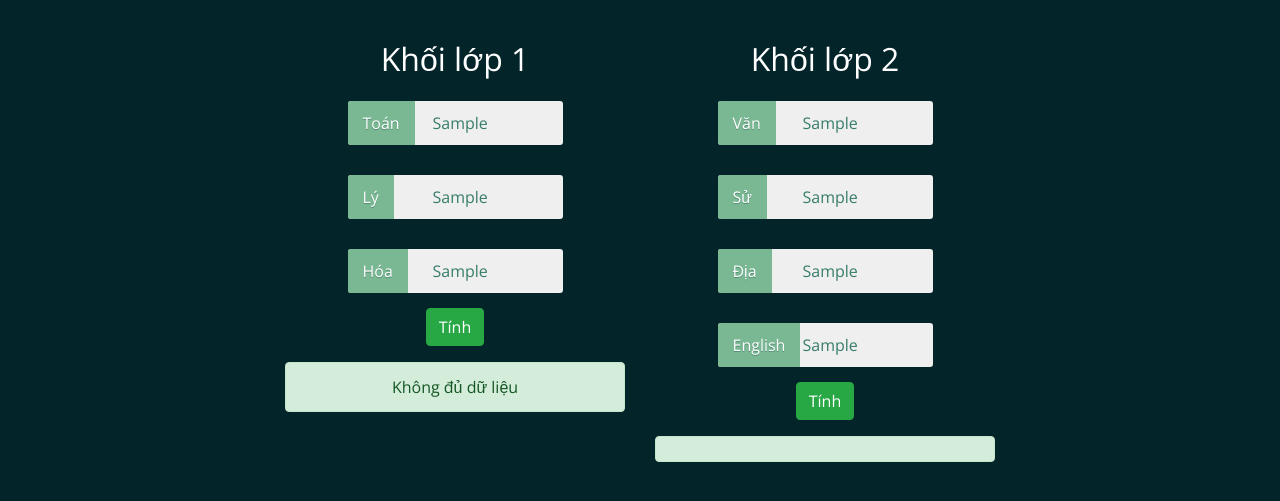
Repository: phongthanhh/ES6-Day1
Page: baitapRest/index.html
An editor plug-in stored every save of this project. The page is shown before and after a run of saves, followed by the edit.
The browser window is 1280 px wide. The pictures show the whole page.
Empty fields were first filled with sample values (such as "Sample", 5 or name@example.com).
After loading, the first visible `#btnKhoi1` was clicked once.

Above is the page before, as saved 2022-11-22 17:05:30.

### baitapRest/index.html
<!DOCTYPE html>
<html lang="en">

<head>
    <meta charset="UTF-8">
    <meta name="viewport" content="width=device-width, initial-scale=1.0">
    <title>Document</title>
    <link rel="stylesheet" href="https://cdn.jsdelivr.net/npm/bootstrap@4.5.3/dist/css/bootstrap.min.css" integrity="sha384-TX8t27EcRE3e/ihU7zmQxVncDAy5uIKz4rEkgIXeMed4M0jlfIDPvg6uqKI2xXr2" crossorigin="anonymous">
    <link rel="stylesheet" href="./css/style.css">
</head>

<body>
    <div class="row">
        <div class="col-6">
            <h2>Khối lớp 1</h2>
            <span>
                <input class="basic-slide" id="inpToan" type="text" placeholder="Nhập điểm toán" /><label
                    for="inpToan">Toán</label>
            </span>
            <br>
            <span>
                <input class="basic-slide" id="inpLy" type="text" placeholder="Nhập điểm lý" /><label
                    for="inpLy">Lý</label>
            </span>
            <br>
            <span>
                <input class="basic-slide" id="inpHoa" type="text" placeholder="Nhập điểm hóa" /><label
                    for="inpHoa">Hóa</label>
            </span>
            <br>
            <button id="btnKhoi1" class="btn btn-success">Tính</button>
            <br>
            <p id="tbKhoi1" class="alert alert-success mt-3"></p>
        </div>
        <div class="col-6">
            <h2>Khối lớp 2</h2>
            <span>
                <input class="basic-slide" id="inpVan" type="text" placeholder="Nhập điểm văn" /><label
                    for="inpVan">Văn</label>
            </span>
            <br>
            <span>
                <input class="basic-slide" id="inpSu" type="text" placeholder="Nhập điểm sử" /><label
                    for="inpSu">Sử</label>
            </span>
            <br>
            <span>
                <input class="basic-slide" id="inpDia" type="text" placeholder="Nhập điểm địa" /><label
                    for="inpDia">Địa</label>
            </span>
            <span>
                <input class="basic-slide" id="inpEnglish" type="text" placeholder="Nhập điểm English" /><label
                    for="inpEnglish">English</label>
            </span>
            <br>
            <button id="btnKhoi2" class="btn btn-success">Tính</button>

            <p id="tbKhoi2" class="alert alert-success mt-3"></p>
        </div>
    </div>

    <script src="https://code.jquery.com/jquery-3.5.1.slim.min.js" integrity="sha384-DfXdz2htPH0lsSSs5nCTpuj/zy4C+OGpamoFVy38MVBnE+IbbVYUew+OrCXaRkfj" crossorigin="anonymous"></script>
    <script src="https://cdn.jsdelivr.net/npm/bootstrap@4.5.3/dist/js/bootstrap.bundle.min.js" integrity="sha384-ho+j7jyWK8fNQe+A12Hb8AhRq26LrZ/JpcUGGOn+Y7RsweNrtN/tE3MoK7ZeZDyx" crossorigin="anonymous"></script>
    <script src="./js/main.js"></script>
</body>

</html>

### baitapRest/css/style.css
@import url(https://fonts.googleapis.com/css?family=Open+Sans:400,700,600,300,800);
* {
  box-sizing: border-box;
}

html,
body {
  overflow-x: hidden;
  font-family: "Open Sans", sans-serif;
  font-weight: 300;
  color: #fff;
  background: #032429;
}

.row {
  max-width: 800px;
  margin: 0 auto;
  padding: 60px 30px;
  position: relative;
  z-index: 1;
  text-align: center;
}

.row:before {
  position: absolute;
  content: "";
  display: block;
  top: 0;
  left: -5000px;
  height: 100%;
  width: 15000px;
  z-index: -1;
  background: inherit;
}

.row:first-child {
  padding: 40px 30px;
}

.row span {
  position: relative;
  display: inline-block;
  margin: 15px 10px;
}

.basic-slide {
  display: inline-block;
  width: 215px;
  padding: 10px 0 10px 15px;
  font-family: "Open Sans", sans;
  font-weight: 400;
  color: #377D6A;
  background: #efefef;
  border: 0;
  border-radius: 3px;
  outline: 0;
  text-indent: 70px;
  transition: all .3s ease-in-out;
}

.basic-slide::-webkit-input-placeholder {
  color: #efefef;
  text-indent: 0;
  font-weight: 300;
}

.basic-slide + label {
  display: inline-block;
  position: absolute;
  top: 0;
  left: 0;
  padding: 10px 15px;
  text-shadow: 0 1px 0 rgba(19, 74, 70, 0.4);
  background: #7AB893;
  transition: all .3s ease-in-out;
  border-top-left-radius: 3px;
  border-bottom-left-radius: 3px;
}

.basic-slide:focus,
.basic-slide:active {
  color: #377D6A;
  text-indent: 0;
  background: #fff;
  border-top-left-radius: 0;
  border-bottom-left-radius: 0;
}

.basic-slide:focus::-webkit-input-placeholder,
.basic-slide:active::-webkit-input-placeholder {
  color: #aaa;
}

.basic-slide:focus + label,
.basic-slide:active + label {
  transform: translateX(-100%);
}
/*# sourceMappingURL=style.css.map */

### baitapRest/js/main.js
const getEl = id => document.getElementById(id);
let msgKhoi1 = getEl('tbKhoi1');
let msgKhoi2 = getEl('tbKhoi2');

getEl('btnKhoi1').onclick = () => {
    const getToan = Number(getEl('inpToan').value);
    const getLy = Number(getEl('inpLy').value);
    const getHoa = Number(getEl('inpHoa').value)

    if (getToan && getLy && getHoa) avg(getToan, getLy, getHoa)
    else msgKhoi1.innerHTML = `Không đủ dữ liệu`
}

getEl('btnKhoi2').onclick = () => {
    const getVan = Number(getEl('inpVan').value);
    const getSu = Number(getEl('inpSu').value);
    const getDia = Number(getEl('inpDia').value)
    const getEng = Number(getEl('inpEnglish').value)

    if (getVan && getSu && getDia && getEng) avg(getVan, getSu, getDia, getEng)
    else msgKhoi2.innerHTML = `Không đủ dữ liệu`
}

// Hàm tính dtb chung
const avg = (...res) => {
    const lengthRes = res.length
    let avg = 0;
    for (let number of res) {
        avg += number
    }
    let dtb = avg / lengthRes

    if (lengthRes === 3) msgKhoi1.innerHTML = `Avg: ${dtb}`
    if (lengthRes === 4) msgKhoi2.innerHTML = `Avg: ${dtb}`
}

After the next 2 saves:
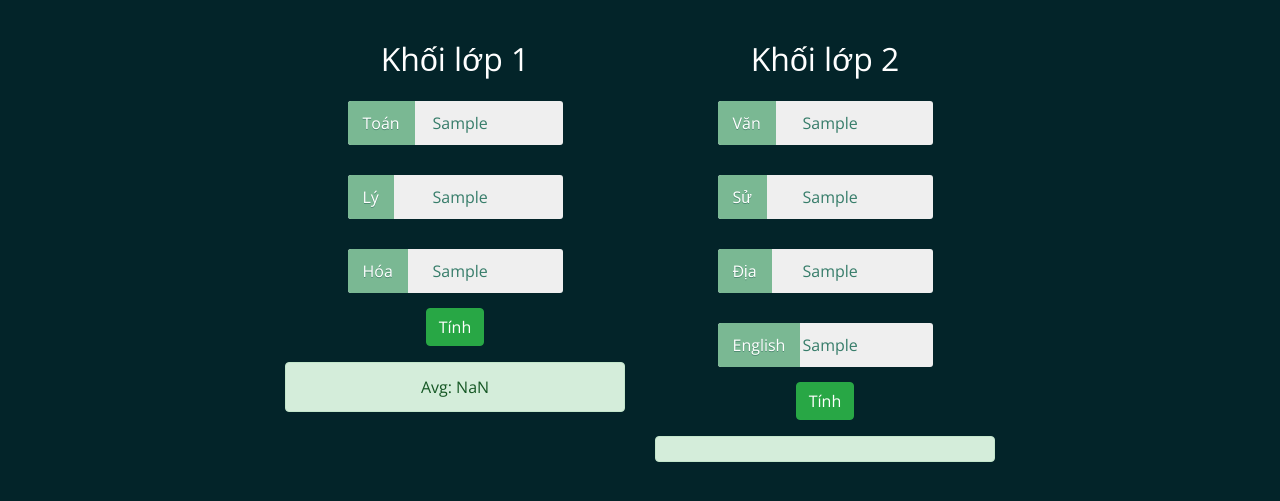
The 2 saves are shown as one change because they came seconds apart.
The last was saved 35 s later.
--- a/baitapRest/js/main.js
+++ b/baitapRest/js/main.js
@@ -6,9 +6,7 @@
     const getToan = Number(getEl('inpToan').value);
     const getLy = Number(getEl('inpLy').value);
     const getHoa = Number(getEl('inpHoa').value)
-
-    if (getToan && getLy && getHoa) avg(getToan, getLy, getHoa)
-    else msgKhoi1.innerHTML = `Không đủ dữ liệu`
+    avg(getToan, getLy, getHoa)
 }
 
 getEl('btnKhoi2').onclick = () => {
